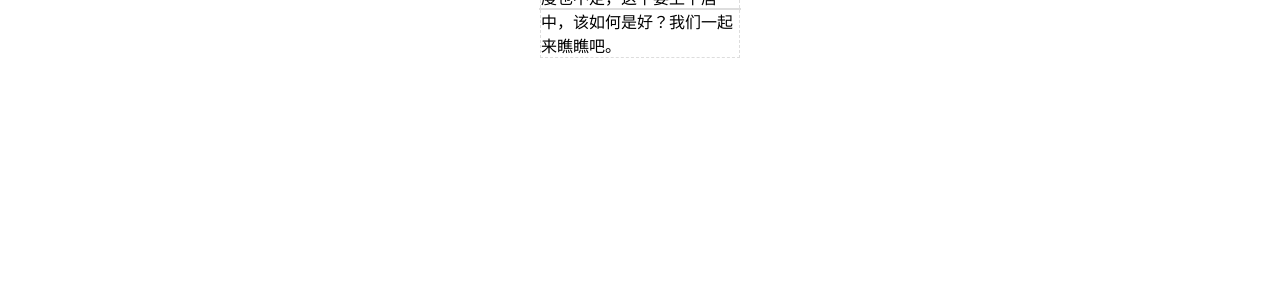
Repository: chjyume/zhongyi
Page: test.html
The author's editor kept a copy of each file at every save. The page is drawn from the files as they stood at one save, then again after the next save.
The browser window is 1280 px wide. The pictures show the whole page.

Above is the page before, as saved 2023-06-27 11:10:20.

### test.html
<!DOCTYPE html>
<html lang="en">

<head>
    <meta charset="UTF-8">
    <meta name="viewport" content="width=device-width, initial-scale=1.0">
    <title>纯CSS实现点击显示隐藏</title>
</head>
<style>
   .v-auto-out {
    position: relative;
    margin: 0 auto;
    width: 200px;
    border: 1px solid #ddd;
}
.v-auto-out .auto-in {
    position: absolute;
    top: 50%;
    border: 1px dashed #ddd;
    /* 这里有兼容性问题 */
    -webkit-transform: translateY(-50%);
    -ms-transform: translateY(-50%);
    -o-transform: translateY(-50%);
    transform: translateY(-50%);
}


</style>

<body>
  <div class="v-auto-out">
    <div class="auto-in">我的高度不定，我的父及高度也不定，这下要上下居中，该如何是好？我们一起来瞧瞧吧。</div>


    </div>
</body>

</html>

After the next save:
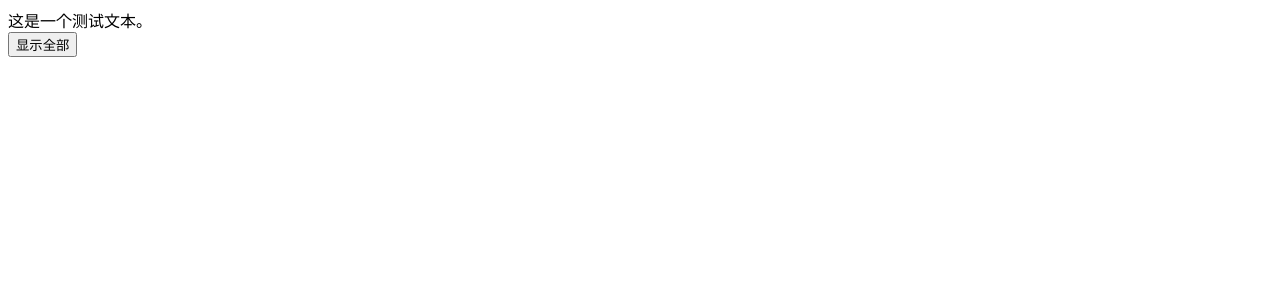
Saved 10 h 56 min later.
--- a/test.html
+++ b/test.html
@@ -1,38 +1,50 @@
 <!DOCTYPE html>
-<html lang="en">
+<html>
+  <head>
+    <style>
+      /* 设置字体样式和初始隐藏 */
+      .hidden-text {
+        font-family: Arial, sans-serif;
+        visibility: hidden;
+        opacity: 0;
+        transition: opacity 0.5s ease-in-out;
+      }
+    </style>
+  </head>
+  <body>
+    <div id="textContainer">
+      <span class="hidden-text">这是一个测试文本。</span>
+    </div>
 
-<head>
-    <meta charset="UTF-8">
-    <meta name="viewport" content="width=device-width, initial-scale=1.0">
-    <title>纯CSS实现点击显示隐藏</title>
-</head>
-<style>
-   .v-auto-out {
-    position: relative;
-    margin: 0 auto;
-    width: 200px;
-    border: 1px solid #ddd;
-}
-.v-auto-out .auto-in {
-    position: absolute;
-    top: 50%;
-    border: 1px dashed #ddd;
-    /* 这里有兼容性问题 */
-    -webkit-transform: translateY(-50%);
-    -ms-transform: translateY(-50%);
-    -o-transform: translateY(-50%);
-    transform: translateY(-50%);
-}
+    <button onclick="showAllText()">显示全部</button>
 
+    <script>
+      const textContainer = document.getElementById('textContainer');
+      const hiddenText = textContainer.querySelector('.hidden-text');
+      const textContent = hiddenText.textContent;
 
-</style>
+      let currentIndex = 0;
+      let showAll = false;
 
-<body>
-  <div class="v-auto-out">
-    <div class="auto-in">我的高度不定，我的父及高度也不定，这下要上下居中，该如何是好？我们一起来瞧瞧吧。</div>
+      // 逐字显示
+      function showText() {
+        if (currentIndex <= textContent.length && !showAll) {
+          hiddenText.style.visibility = 'visible';
+          hiddenText.style.opacity = '1';
+          hiddenText.textContent = textContent.slice(0, currentIndex++);
+          setTimeout(showText, 100);
+        }
+      }
 
+      // 点击按钮显示全部文字
+      function showAllText() {
+        if (!showAll) {
+          hiddenText.textContent = textContent;
+          showAll = true;
+        }
+      }
 
-    </div>
-</body>
-
+      showText();
+    </script>
+  </body>
 </html>
